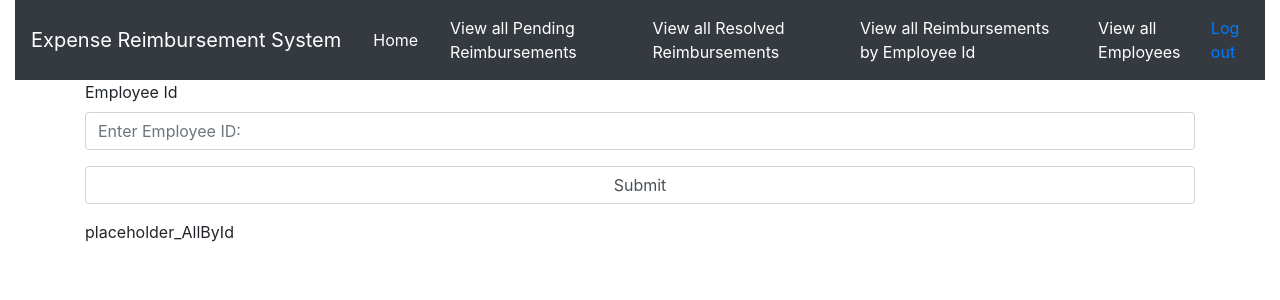
Repository: Trevormulrenin/ers-app
Page: ers-app/src/main/webapp/html/reimbursement_by_id.html
These files come from the project's save history. The page is drawn as it stood at one moment and after the next save; the edit follows.
The browser window is 1280 px wide. The pictures show the whole page.

Above is the page before, as saved 2021-03-31 15:08:29.

### ers-app/src/main/webapp/html/reimbursement_by_id.html
<!DOCTYPE html>
<html>
<head>
	<meta charset="UTF-8">
	<meta name="viewport" content="width=device-with, initial-scale=1.0">

    <link rel="stylesheet" href="https://stackpath.bootstrapcdn.com/bootstrap/4.5.0/css/bootstrap.min.css" integrity="sha384-9aIt2nRpC12Uk9gS9baDl411NQApFmC26EwAOH8WgZl5MYYxFfc+NcPb1dKGj7Sk" crossorigin="anonymous">
	<link rel="stylesheet" type="text/css" href="../css/style.css">
<title>Expense Reimbursement System</title>
</head>

<style>
#navbarMenuRight {
	text-decoration: none;
	color: black;
}

h1 {
	text-align:center;
	color: black;
}

.nav-item, .nav-item-active, .nav-list-right {
		color: white;
		border: 1px;
		border-color:white;
}

#log-in-btn {
		text-align:center;
}

.login {
	border: 2px solid black;
	content: 5px;
    width: auto;
    text-align: center;
    padding: 5px;
    margin: auto;
    box-shadow: white;
}
</style>

<body>
	<div class="container-fluid">
		<nav class="navbar navbar-expand-lg navbar-dark bg-dark">
			<a class="navbar-brand" href="manager_home.html">Expense Reimbursement System</a>
				<a class="nav-item nav-link" href="manager_home.html">Home</a>
				<a class="nav-item nav-link" href="pending_manager.html">View all Pending Reimbursements</a>
				<a class="nav-item nav-link" href="resolved_manager.html">View all Resolved Reimbursements</a>
				<a class="nav-item nav-link" href="reimbursement_by_id.html">View all Reimbursements by Employee Id</a>
				<a class="nav-item nav-link" href="view_all_employees.html">View all Employees</a>

			<div class="nav-list-right" id="navbarMenuRight">
				<a href="logout.html">Log out</a>
			</div>

		</nav>
	</div>

	<div class="container">
		<form action="../ViewReimbursementByEmployeeIdServlet" method="get">
			<div class="form-group">
				<label for="employeeId">Employee Id</label>
				<input type="number" class="form-control" name="employeeId" id="employeeId" placeholder="Enter Employee ID:" required>
			</div>
			<div class="form-group">
				<button type="submit" class="form-control" id="log-in-btn">Submit</button>
			</div>
		</form>
	</div>

	<div class="container" style=:"display:none">
		<table>
			placeholder_AllById
		</table>

	</div>

	</body>
	</html>

### ers-app/src/main/webapp/css/style.css
@charset "UTF-8";

#navbar-menu-right{
	text-decoration: none;
	color: black;
}

.nav-item, .nav-item-active, .nav-list-right {
		color: white;
		border: 1px;
		border-color:white;
	}

h1 {
	text-align: center;
    font-family: Lato;
    color: Black;
    font-size: 40px;
    margin: 50px;
}

p {
	text-align: center;
    font-family: Lato;
	color: Black;
	font-size: 15px;
}

h2 {
	text-align: center;
    font-family: Lato;
    color: Black;
    font-size: 40px;
    margin: 25px;
}

#enter-credentials {
	text-align: center;
    font-family: Lato;
	color: Black;
	font-size: 20px;
}


#pending-reimbursement, #resolved-reimbursement {
	border: 2px solid black;
	color: black;
	text-align:center;
	height: 300px;
	width: 400px;
    top:30%;
    left:10%;
/*     display: flex; */
/* 	justify-content: space-evenly; */
}

#pending-reimbursement {
	float: left;
}

#resolved-reimbursement:hover {
	background-color: gray;
	color:white;
}

#pending-reimbursement:hover {
	background-color: gray;

	color:white;
}

#pending-table, #resolved-table {
	padding: 10px;
	margin-left: auto;
	margin-right: auto;
	margin-top:20%;
	border: 2px solid black;
	border-collapse: separate;
	border-spacing: 10px;
}

.nav-item, .nav-item-active, .nav-list-right {
/* 		text-decoration: none; */
		color: white;
		border: 1px;
		border-color:white;
	}

th, tr {
	border: 2px;
}

#log-in-button {
	text-align: center;
}

.login {
	border: 2px solid black;
	content: 5px;
	width: auto;
	text-align: center;
	padding: 5px;
	margin: auto;
	box-shadow: white;
}

#update-table {
	width: "100%";
	padding: 2px;
	margin-top: 5px;
	margin-bottom: 0px;
	margin-left: auto;
	margin-right: auto;
	border: 1px solid black;
	border-collapse: separate;
	border-spacing: 2px;
}

#view-employees {
	width: "100%";
	padding: 2px;
	margin-top: 5px;
	margin-bottom: 0px;
	margin-left: auto;
	margin-right: auto;
	border: 1px solid black;
	border-collapse: separate;
	border-spacing: 2px;
}

#reimbursement-table {
	width: "100%";
	padding: 2px;
	margin-top: 5px;
	margin-bottom: 0px;
	margin-left: auto;
	margin-right: auto;
	border: 1px solid black;
	border-collapse: separate;
	border-spacing: 2px;
}

.log-in-button {
	text-align: center;
	margin-top: 10px;
}

After the next save:
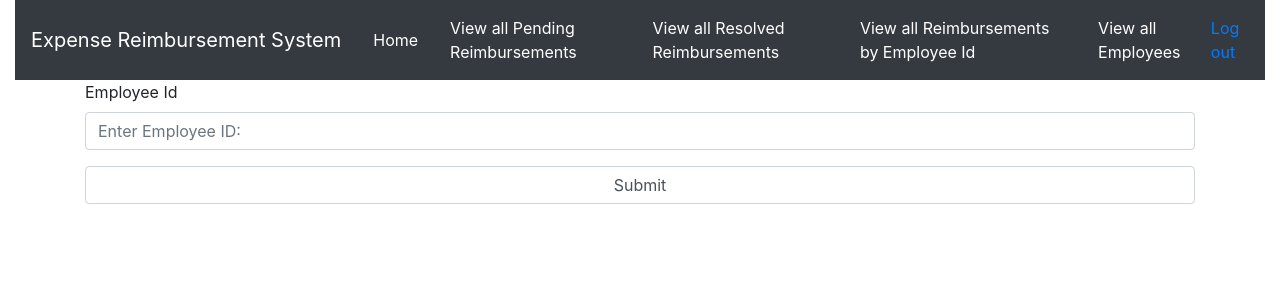
Saved 4 s later.
--- a/ers-app/src/main/webapp/html/reimbursement_by_id.html
+++ b/ers-app/src/main/webapp/html/reimbursement_by_id.html
@@ -70,7 +70,7 @@ h1 {
 		</form>
 	</div>
 
-	<div class="container" style=:"display:none">
+	<div class="container" style="display:none">
 		<table>
 			placeholder_AllById
 		</table>
